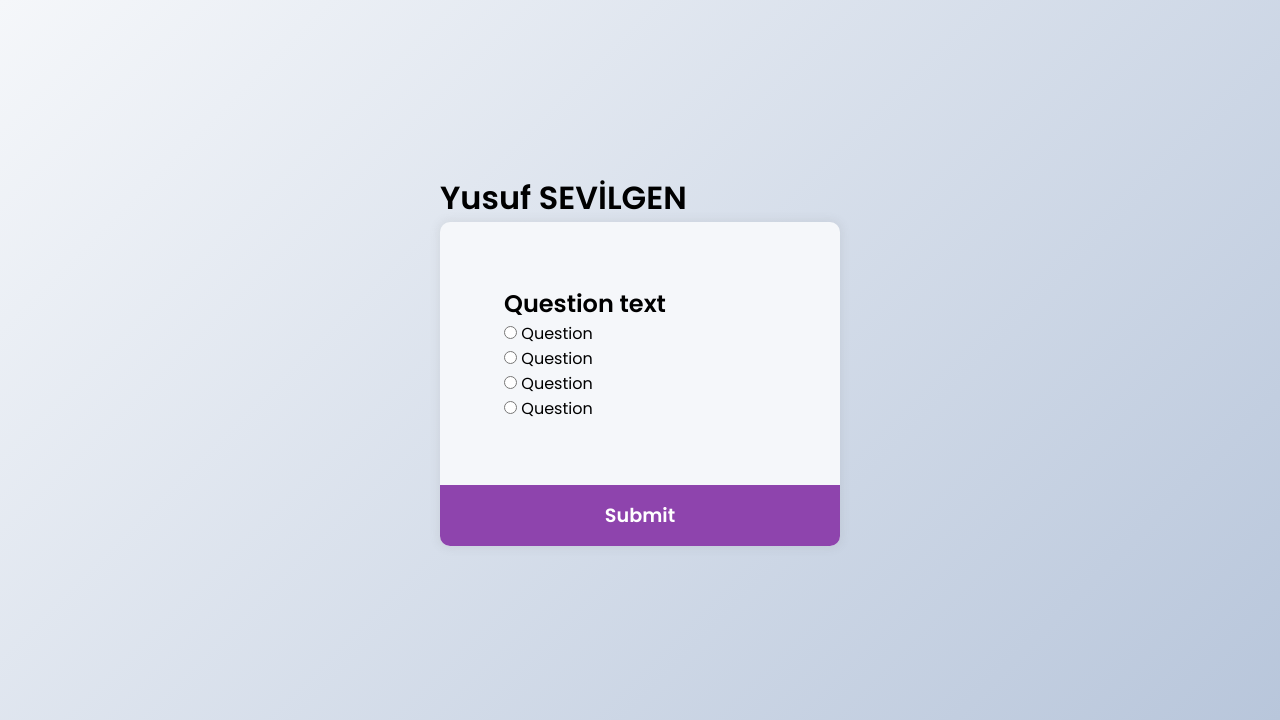
Repository: sevilgenysf/javascript-two
Page: index.html
An editor plug-in stored every save of this project. The page is shown before and after the next save, followed by the edit.
The browser window is 1280 px wide. The pictures show the whole page.

Above is the page before, as saved 2022-02-27 15:20:46.

### index.html
<!DOCTYPE html>
<html lang="en">

<head>
	<meta charset="UTF-8">
	<meta http-equiv="X-UA-Compatible" content="IE=edge">
	<meta name="viewport" content="width=device-width, initial-scale=1.0">
	<link rel="stylesheet" href="./style.css">
	<script src="./index.js" defer></script>
	<title>javascript Day two</title>
</head>

<body>
	<div>
		<h1>Yusuf SEVİLGEN</h1>
		<div class="quiz-container">
			<div class="quiz-header">
				<h2>Question text</h2>
				<ul>
					<li>
						<input type="radio" id="a" name="answer">
						<label for="a">Question</label>
					</li>
				</ul>
				<ul>
					<li>
						<input type="radio" id="b" name="answer">
						<label for="b">Question</label>
					</li>
				</ul>
				<ul>
					<li>
						<input type="radio" id="c" name="answer">
						<label for="c">Question</label>
					</li>
				</ul>
				<ul>
					<li>
						<input type="radio" id="d" name="answer">
						<label for="d">Question</label>
					</li>
				</ul>
			</div>
			<button>Submit</button>
		</div>
	</div>
</body>

</html>

### style.css
@import url('https://fonts.googleapis.com/css2?family=Poppins:wght@400;600&family=Roboto:ital,wght@0,300;0,400;0,700;1,500&display=swap');

* {
	margin: 0;
	padding: 0;
	box-sizing: border-box;
}

body {
	display: flex;
	justify-content: center;
	align-items: center;
	background-color: #b8c6db;
	background-image: linear-gradient(315deg, #b8c6db 0%, #f5f7fa 100%);
	font-family: 'Poppins', sans-serif;
	min-height: 100vh;
}

.quiz-container {
	background-color: #f5f7fa;
	width: 400px;
	border-radius: 10px;
	box-shadow: 0 0 10px 2px rgba(100, 100, 100, 0.1);
	max-width: 100%;
	overflow: hidden;
}

.quiz-header {
	padding: 4rem;
}

ul {
	list-style: none;
	padding: 0;
}

button {
	background-color: #8e44ad;
	width: 100%;
	padding: 1rem;
	color: #fff;
	font-family: inherit;
	border: none;
	cursor: pointer;
	font-size: 1.2rem;
	font-weight: 600;
	transition: all 0.2s ease-in-out;
}

### index.js
const quizData = [
	{
		question: 'How old are you?',
		a: '25',
		b: '26',
		c: '27',
		d: '28',
		currect: 'c'
	},
	{
		question: 'What is the most used best programing language in 2019?',
		a: 'Java',
		b: 'C',
		c: 'Python',
		d: 'JavaScript',
		currect: 'a'
	},
	{
		qwstion: 'who is he President of USA?',
		a: 'Trump',
		b: 'Obama',
		c: 'Bush',
		d: 'Clinton',
		currect: 'b'
	},
	{
		question: 'What does HTML stand for?',
		a: 'Hyper Text Markup Language',
		b: 'Cascading style sheet',
		c: 'Jason Object Notation',
		d: 'Aplication Type Markup Language',
		currect: 'a'
	},
	{
		question: 'What year was javaScript launched?',
		a: '1995',
		b: '1996',
		c: '1997',
		d: 'none of the above',
		currect: 'd'
	}
];

After the next save:
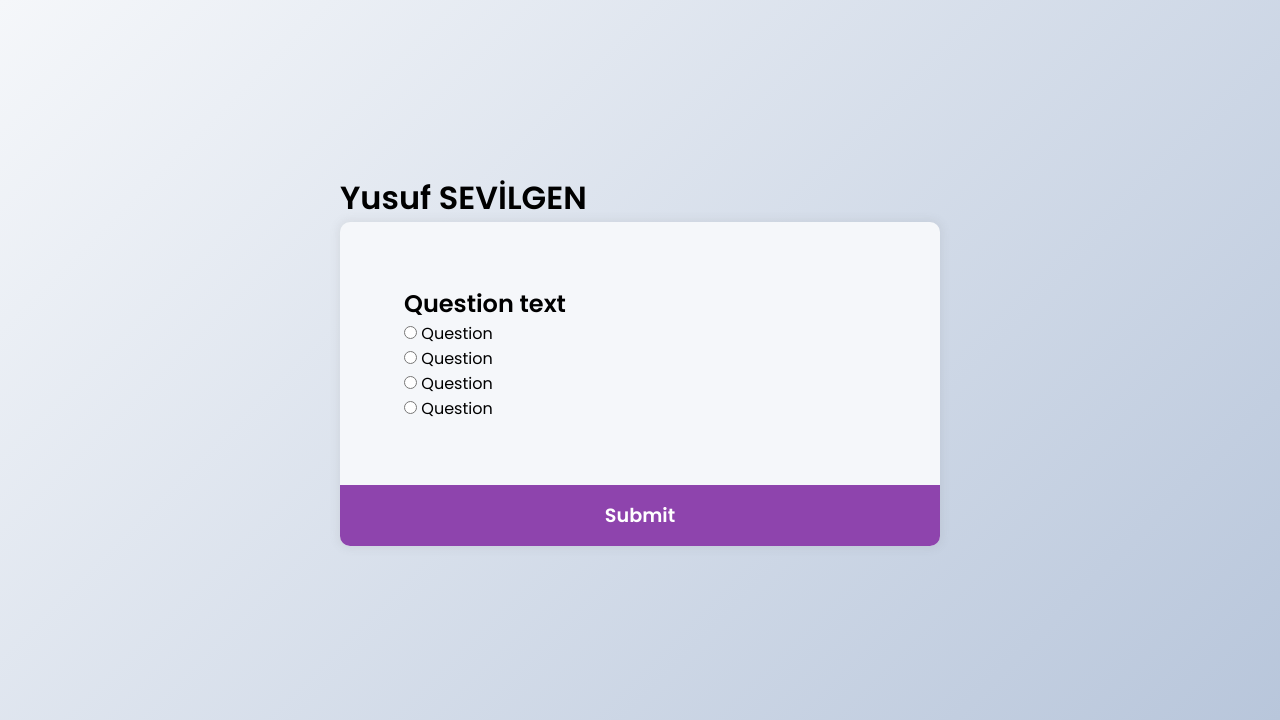
Saved 15 s later.
--- a/style.css
+++ b/style.css
@@ -18,7 +18,7 @@ body {
 
 .quiz-container {
 	background-color: #f5f7fa;
-	width: 400px;
+	width: 600px;
 	border-radius: 10px;
 	box-shadow: 0 0 10px 2px rgba(100, 100, 100, 0.1);
 	max-width: 100%;
